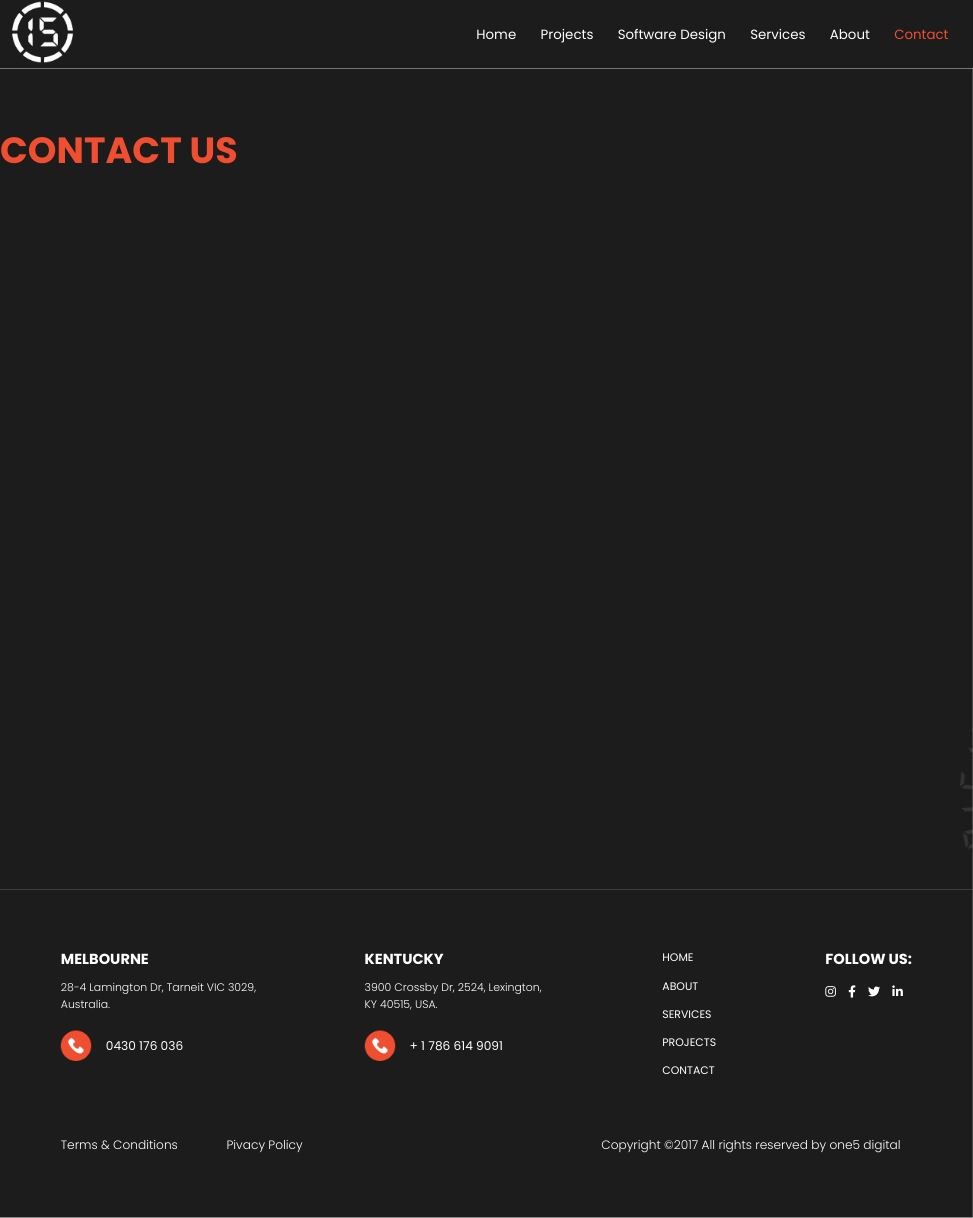
Repository: gopalpurohit54/one5
Page: /Contact
An editor plug-in stored every save of this project. The page is shown before and after the next save, followed by the edit.
The browser window is 1280 px wide. The pictures show the whole page, at 76% of full size.
The project was rebuilt for these pictures with package versions that can differ from the ones it lists, and the page was loaded fresh each time. Also part of the build but not shown: src/components/Button.js, src/components/HeroSection.css, src/components/HeroSection.js, src/components/OurProjects.css, src/components/OurProjects.js, src/components/OurServices.js, src/components/AboutUs.css, src/components/AboutUs.js and 30 more.

Above is the page before, as saved 2021-06-22 13:43:23.

### src/index.css
@import url('https://fonts.googleapis.com/css2?family=Poppins:ital,wght@0,100;0,200;0,300;0,400;0,500;0,600;0,700;0,800;0,900;1,100;1,200;1,300;1,400;1,500;1,600;1,700;1,800;1,900&display=swap');

* {
  margin: 0;
  padding: 0;
  outline: none;
  font-family: 'Poppins', sans-serif;
  -webkit-font-smoothing: antialiased;
  -moz-osx-font-smoothing: grayscale;
}

code {
  font-family: source-code-pro, Menlo, Monaco, Consolas, 'Courier New',
    monospace;
}

.nav-item-active {
  color: #F04E31;
}

### src/components/App.js
import React from 'react';
import Header from '../components/Header';
import { BrowserRouter as Router, Switch, Route } from 'react-router-dom';
import './App.css';
import Home from '../components/Pages/Home';
import Footer from '../components/Footer';
import About from './Pages/About';
import Projects from './Pages/Projects';
import SoftwareDesign from './Pages/SoftwareDesign';
import Services from './Pages/Services';
import Contact from './Pages/Contact';

function App() {
  return (
    <Router>
      <Header />
      <Switch>
        <Route path='/' exact component= {Home} />
        <Route path='/About' exact component= {About} />
        <Route path='/Projects' exact component= {Projects} />
        <Route path='/SoftwareDesign' exact component= {SoftwareDesign} />
        <Route path='/Services' exact component= {Services} />
        <Route path='/Contact' exact component= {Contact} />
      </Switch>
      <Footer />
    </Router>
  );
}



export default App

### src/components/Header.js
import React, { useState, useEffect } from 'react';
import './Header.css';
import { NavLink } from 'react-router-dom';

function Header() {
    const [navbar, setHeader] = useState(false);

    const changeBackground = () => {
        console.log(window.scrollY)
    }

    window.addEventListener('scroll', changeBackground);

    return (
        <div className="header active">
            <div className="logo">
                <img src="./logo-white.png" />
            </div>
            <ul className="nav-items">
                <li className="nav-items"><NavLink exact to="/" className="nav-items" activeClassName="nav-item-active">Home</NavLink></li>
                <li className="nav-items"><NavLink exact to="/Projects" className="nav-items" activeClassName="nav-item-active">Projects</NavLink></li>
                <li className="nav-items"><NavLink exact to="/SoftwareDesign" className="nav-items" activeClassName="nav-item-active">Software Design</NavLink></li>
                <li className="nav-items"><NavLink exact to="/Services" className="nav-items" activeClassName="nav-item-active">Services</NavLink></li>
                <li className="nav-items"><NavLink exact to="/About" className="nav-items" activeClassName="nav-item-active">About</NavLink></li>
                <li className="nav-items"><NavLink exact to="/Contact" className="nav-items" activeClassName="nav-item-active">Contact</NavLink></li>
            </ul>
        </div>
    )
}

export default Header

### src/components/App.css

* {
    box-sizing: border-box;
    margin: 0;
    padding: 0;
    font-family: 'Poppins', sans-serif;
    /* background: #1c1c1c; */
  }

### src/components/Footer.js
import React from 'react';
import './Footer.css';
import { Link } from 'react-router-dom';

function Footer() {
    return (
        <div className="footer">
            <div className="footer-wrapper">
                <ul className="add-1">
                    <h6>MELBOURNE</h6>
                    <p>28-4 Lamington Dr, Tarneit VIC 3029, <br/> Australia.</p>
                    <div className="call"><img className="call-icon" src="./phone-icon.png" /> 0430 176 036 </div>
                </ul>
                <ul className="add-2">
                    <h6>KENTUCKY</h6>
                    <p>3900 Crossby Dr, 2524, Lexington, <br/> KY 40515, USA.</p>
                    <div className="call"><img className="call-icon" src="./phone-icon.png" /> + 1 786 614 9091 </div>
                </ul>
                <ul className="site-links">
                    <li><Link to="/" className="site-links">HOME</Link></li>
                    <li><Link to="/About" className="site-links">ABOUT</Link></li>
                    <li><Link to="/Services" className="site-links">SERVICES</Link></li>
                    <li><Link to="/Projects" className="site-links">PROJECTS</Link></li>
                    <li><Link to="/Contact" className="site-links">CONTACT</Link></li>
                </ul>
                <ul className="follow-us">
                    <h6>FOLLOW US:</h6>
                    <a className="social" href="#"><i class="fab fa-instagram"></i></a>
                    <a className="social" href="#"><i class="fab fa-facebook-f"></i></a>
                    <a className="social" href="#"><i class="fab fa-twitter"></i></a>
                    <a className="social" href="#"><i class="fab fa-linkedin-in"></i></a>
                </ul>
            </div>
            <div className="copyright">
                <div className="copy-left">
                    <p className="left-p1">Terms & Conditions</p>
                    <p className="left-p2">Pivacy Policy</p>
                </div>
                <div className="copy-right">
                    <p className="right-p">Copyright ©2017 All rights reserved by one5 digital</p>
                </div>
            </div>
        </div>
    )
}

export default Footer

### src/components/Pages/Contact.js
import React from 'react';
import '../App';
import ContactPage from '../ContactPage';

function Contact() {
    return (
            <React.Fragment>
                <ContactPage />
            </React.Fragment>
    )
}

export default Contact;

### src/components/Header.css
.header {
    background: transparent;
    color: white;
    display: flex;
    flex-direction: row;
    align-content: center;
    justify-content: space-between;
    align-items: center;
    padding: 1rem;
    position: sticky;
    top: 0;
    height: 90px;
}
.header.active {
    background: #1c1c1c;
}

.nav-items {
    display: flex;
    list-style: none;
    font-size:1.1rem;
    text-decoration: none;
    color: #fff;
}

li.nav-items{
    margin-bottom: 0;
}

li {
    padding-left: 1rem;
    padding-right: 1rem;
}

a.nav-items:hover {
    color: #F04E31;
    cursor: pointer;
}

.nav-item-active {
    color: #F04E31;
}

### src/components/Footer.css
.footer {
    padding: 5rem 5rem 1rem 5rem;
    background-color: #1c1c1c;
    height: 60vh;
    width: 100%;
    color: white;
}

.footer h6 {
    font-size: 1.2rem;
    line-height: 1.2;
    margin-bottom: 1rem;
}

.footer p {
    margin-bottom: 1.5rem;
    font-size: 1rem;
    line-height: 1.5;
    font-style: normal;
    font-weight: 300;
    padding-right: 15px;
}

.footer-wrapper {
    display: flex;
    flex: 1;
    flex-direction: row;
    align-content: center;
    justify-content: space-between;
    align-items: flex-start;
}

.add-1 p {
    font-size: 0.9rem;
}

.add-2 p {
    font-size: 0.9rem;
}

.call {
    display: flex;
    flex-direction: row;
    justify-content: flex-start;
    align-content: center;
    align-items: center;
}

.call:hover {
    color: #F04E31;
}

.follow-us p {
    font-size: 0.9rem;
}

i.fab.fa-instagram {
    padding: 0.5rem 0.5rem 0.5rem 0;
}

i.fab.fa-instagram:hover {
    color: #F04E31;
}

i.fab.fa-facebook-f {
    padding: 0.5rem;
}

i.fab.fa-facebook-f:hover {
    color: #F04E31;
}


i.fab.fa-twitter {
    padding: 0.5rem;
}

i.fab.fa-twitter:hover {
    color: #F04E31;
}


i.fab.fa-linkedin-in {
    padding: 0.5rem;
}

i.fab.fa-linkedin-in:hover {
    color: #F04E31;
}

img.call-icon {
    padding-right: 1.2rem;
}

.copyright {
    display: flex;
}

.copy-left {
    width: 50%;
    display: flex;
}

.copy-right {
    width: 50%;
}

p.left-p1 {
    margin-bottom: 0;
    padding-right: 4rem;
    line-height: 1;
    padding-top: 4rem;
}

p.left-p1:hover {
    color: #F04E31;
}

p.left-p2 {
    margin-bottom: 0;
    padding-right: 4rem;
    line-height: 1;
    padding-top: 4rem;
}

p.left-p2:hover {
    color: #F04E31;
}

p.right-p {
    margin-bottom: 0;
    line-height: 1;
    padding-top: 4rem;
    display: flex;
    justify-content: flex-end;
    align-content: center;
    align-items: center;
}

p.right-p:hover {
    color: #F04E31;
}

li {
    list-style: none;
    font-size: 0.9rem;
    margin-bottom: 1rem;
}

a.social{
    color: #fff;
}

.site-links {
    text-decoration: none;
    color: #fff;
}

.site-links:hover {
    color: #F04E31;
}

### src/components/ContactPage.js
import React from 'react';
import './ContactPage.css';

function ContactPage() {
    return (
        <div className="contactpage">
            <div className="con-left">
                <h1>CONTACT US</h1>
            </div>
            <div className="con-right">

            </div>
        </div>
    )
}

export default ContactPage

### src/components/OurServices.css
.our-services {
    padding: 5rem 5rem;
    height: 100vh;
    background-image: url('./assets/bg-white-mainpage.png');
}

.our-services h1 {
    margin-bottom: 2rem;
    font-size: 3rem;
    line-height: 1.2;
}

.our-services h6 {
    font-size: 1.2rem;
    line-height: 1.2;
    margin-bottom: 1rem;
}

p {
    margin-bottom: 1.5rem;
    font-size: 1rem;
    line-height: 1.5;
    font-style: normal;
    font-weight: 300;
    padding-right: 15px;
}

.service-wrapper {
    display: flex;
    flex: 1;
    margin-top: 3.5rem;
}

.service-1 p {
    font-size: 0.9rem;
}

.service-2 p {
    font-size: 0.9rem;
}

.service-3 p {
    font-size: 0.9rem;
}

.service-4 p {
    font-size: 0.9rem;
}

### src/components/Expertize.css
.expertize {
    padding: 5rem 5rem 5rem 0;
    height: 80vh;
    background-image: url('./assets/about-white.png');
    background-repeat: no-repeat;
    width: 100%;
    background-size: cover;
}

.expertize h1 {
    margin-bottom: 2rem;
    font-size: 3rem;
    line-height: 1.2;
    color: #000;
}

.expertize h6 {
    font-size: 1.2rem;
    line-height: 1.2;
    margin-bottom: 1rem;
    color: #000;
}

.expertize p {
    margin-bottom: 0.5rem;
    font-size: 1rem;
    line-height: 1.5;
    font-style: normal;
    font-weight: 300;
    padding-right: 15px;
    color: #000;
}

.exp-left{
    float: left;
    width: 50%;
}

.exp-right{
    float: right;
    width: 40%;
    align-content: flex-end;
}

.exp-img {
    height: 350px;
    margin-top: 2rem;
}

li.exp-items {
    color: #000;
    list-style: disc;
    font-size: 1rem;
}

::marker  {
    color: #F04E31;
}

### src/components/Solutions.css
.solutions {
    padding: 5rem 5rem;
    height: 100vh;
    background:#fff;
}

.solutions h1 {
    margin-bottom: 2rem;
    font-size: 3rem;
    line-height: 1.2;
}

.solutions h6 {
    font-size: 1.2rem;
    line-height: 1.2;
    margin-bottom: 1rem;
}

.solutions p {
    margin-bottom: 1.5rem;
    font-size: 1rem;
    line-height: 1.5;
    font-style: normal;
    font-weight: 300;
    padding-right: 15px;
}

.solution-wrapper {
    display: flex;
    flex: 1;
    margin-top: 3.5rem;
}

.solution-1 p {
    font-size: 0.9rem;
}

.solution-2 p {
    font-size: 0.9rem;
}

.solution-3 p {
    font-size: 0.9rem;
}

.solution-4 p {
    font-size: 0.9rem;
}

li.sol-items {
    color: #000;
    list-style: disc;
    font-size: 1rem;
}

::marker  {
    color: #F04E31;
}

ul.solution-1 {
    margin-right: 3rem;
    margin-left: 1rem;
}

ul.solution-2 {
    margin-right: 3rem;
}

ul.solution-3 {
    margin-right: 3rem;
}

### src/components/Benefits.css
.benefits {
    padding: 5rem 5rem;
    height: 100vh;
    background-image: url('./assets/ecombg.png');
    background-size: cover;
}

.benefits h1 {
    margin-bottom: 2rem;
    font-size: 3rem;
    line-height: 1.2;
    color: #fff;
}

.benefits h6 {
    font-size: 1.2rem;
    line-height: 1.2;
    margin-bottom: 1rem;
    margin-top: 1rem;
    color: #fff;
}

p {
    margin-bottom: 1.5rem;
    font-size: 1rem;
    line-height: 1.5;
    font-style: normal;
    font-weight: 300;
    padding-right: 15px;
    color: #fff;
}

.benefit-wrapper {
    display: flex;
    flex: 1;
    margin-top: 3.5rem;
}

.benefit-1 p {
    font-size: 0.9rem;
}

.benefit-2 p {
    font-size: 0.9rem;
}

.benefit-3 p {
    font-size: 0.9rem;
}

.benefit-4 p {
    font-size: 0.9rem;
}

.benefit-1, .benefit-2, .benefit-3, .benefit-4 {
    background-image: url(./assets/Ellipse-bg.png);
    background-size: cover;
    height: 260px;
    width: 260px;
    margin: 1rem;
    display: flex;
    flex-direction: column;
    align-content: center;
    justify-content: center;
    align-items: center;
    text-align: center;
}

.bene-desc {
    display: none;
}

h6.bene-hover {
    color: #F04E31;
    text-align: center;
}

p.hover-desc {
    font-size: 0.7rem;
    text-align: center;
}

.benefit-1:hover .bene-desc{
    display: block;
}

.benefit-1:hover .bene-visible{
    display: none;
}

.benefit-2:hover .bene-desc{
    display: block;
}

.benefit-2:hover .bene-visible{
    display: none;
}

.benefit-3:hover .bene-desc{
    display: block;
}

.benefit-3:hover .bene-visible{
    display: none;
}

.benefit-4:hover .bene-desc{
    display: block;
}

.benefit-4:hover .bene-visible{
    display: none;
}

### src/components/ContactPage.css
.contactpage {
    padding: 5rem 5rem 5rem 0;
    height: 150vh;
    background-image: url('./assets/contact-bg.png');
    background-repeat: no-repeat;
    width: 100%;
    background-size: cover;
}

.contactpage h1 {
    margin-bottom: 2rem;
    font-size: 3rem;
    line-height: 1.2;
    color: #F04E31;
}

.contactpage h6 {
    font-size: 1.2rem;
    line-height: 1.2;
    margin-bottom: 1rem;
    color: #fff;
}

.contactpage p {
    margin-bottom: 0.5rem;
    font-size: 1rem;
    line-height: 1.5;
    font-style: normal;
    font-weight: 300;
    padding-right: 15px;
    color: #fff;
}

.con-left{
    float: left;
    width: 50%;
}

.con-right{
    float: right;
    width: 40%;
}

### src/components/Button.css
:root {
    --primary: #F04E31;
}

.btn {
    padding: 8px 20px;
    border-radius: 30px;
    outline: none;
    border: none;
    cursor: pointer;
}

.btn--primary {
    background-color: var(--primary);
    color: #fff;
    border: 1px solid var(--primary);
}

.btn--outline {
    background-color: transparent;
    color: #F04E31;
    padding: 8px 20px;
    border: 1px solid var(--primary);
    transition: all 0.3s ease-out;
}


.btn--white {
    background-color: transparent;
    color: #fff;
    padding: 8px 20px;
    border: 1px solid #fff;
    transition: all 0.3s ease-out;
}

.btn--white:hover {
    background-color: #fff;
    color: #F04E31;
    transition: all 0.3s ease-out;
}

.btn--medium {
    padding: 8px 20px;
    font-size: 16px;
}

.btn--large {
    padding: 12px 26px;
    font-size: 16px;
}

.btn--medium:hover, .btn--large:hover {
    background: transparent;
    color: #F04E31;
    transition: all 0.3s ease-out;
}


.btn--outline:hover {
    background-color: #F04E31;
    color: #fff;
}

Loaded but not shown: public/index.html (common file); src/index.js (common file); src/reportWebVitals.js (common file)

After the next save:
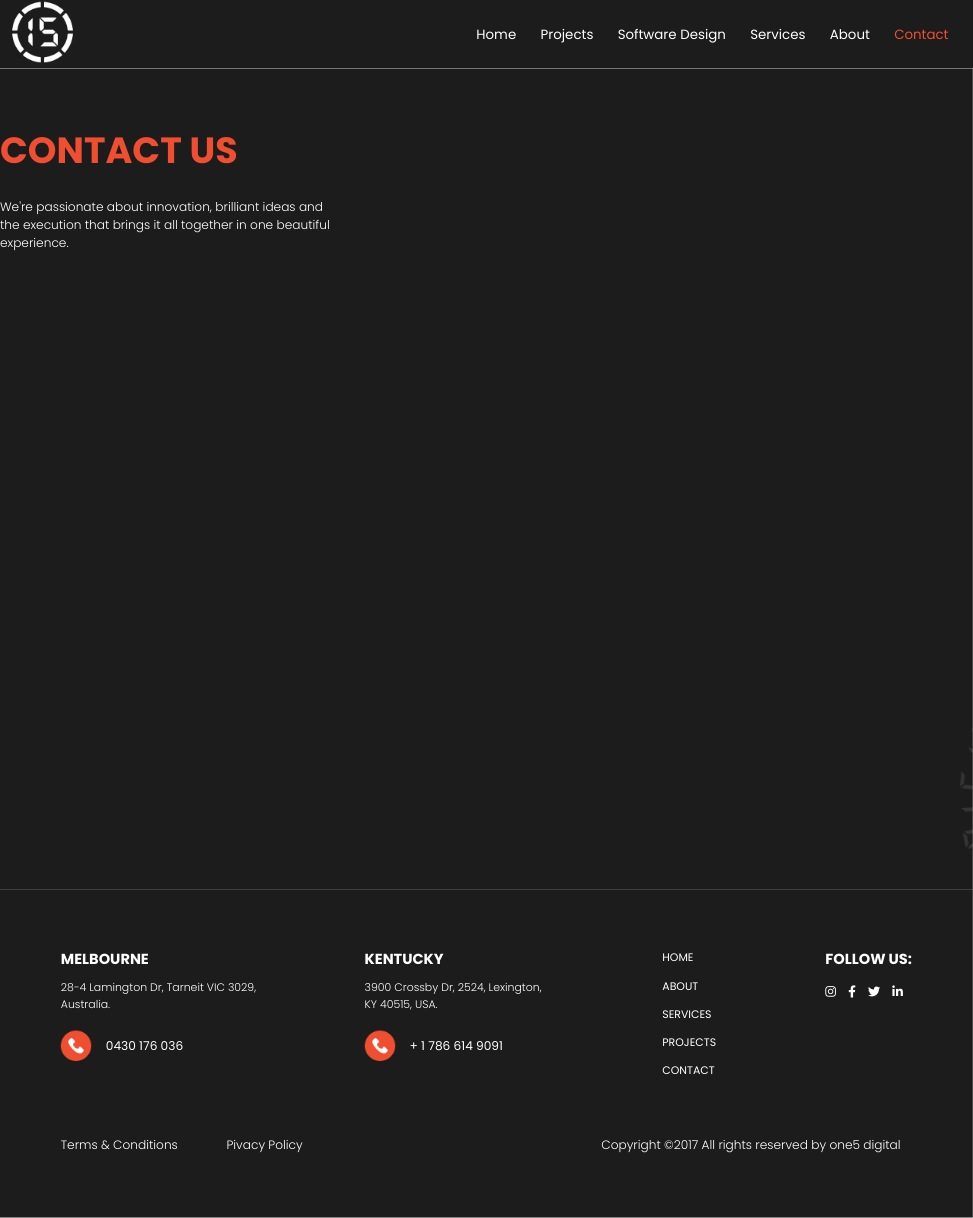
Saved 106 s later.
--- a/src/components/ContactPage.js
+++ b/src/components/ContactPage.js
@@ -6,6 +6,9 @@ function ContactPage() {
         <div className="contactpage">
             <div className="con-left">
                 <h1>CONTACT US</h1>
+                <p>We're passionate about innovation, brilliant ideas and <br/>
+                the execution that brings it all together in one beautiful <br/>
+                experience.</p>
             </div>
             <div className="con-right">
 
